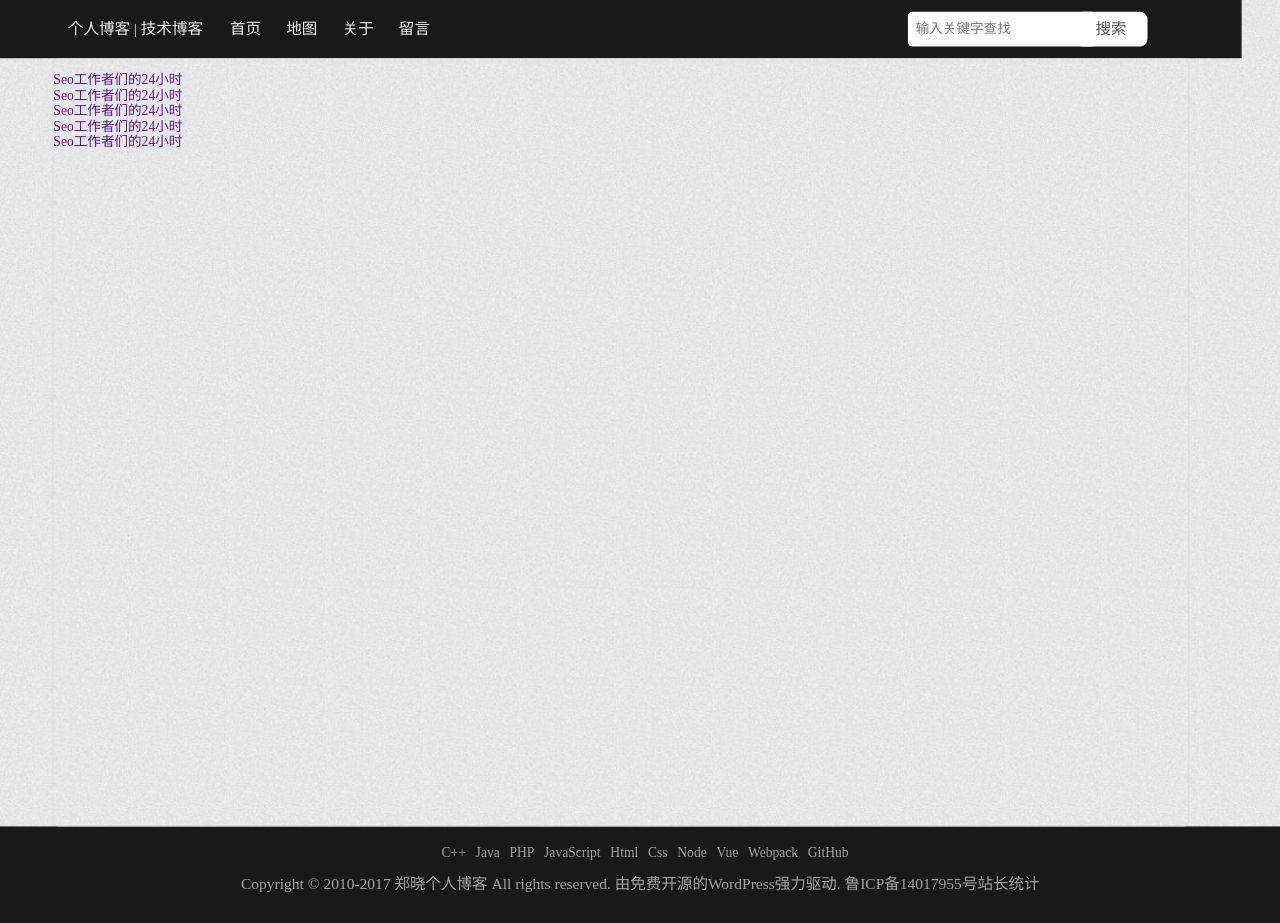
Repository: li1214/my_blog
Page: page/map.html
The author's editor kept a copy of each file at every save. The page is drawn from the files as they stood at one save, then again after the next save.
The browser window is 1280 px wide. The page is 1320 px wide, so the pictures cover 1320 px, including what lies to the right of the window. The pictures show the whole page, at 97% of full size.

Above is the page before, as saved 2019-01-04 13:59:25.

### page/map.html
<!DOCTYPE html>
<html lang="en">
<head>
    <meta charset="UTF-8">
    <meta name="viewport" content="width=device-width, initial-scale=1.0">
    <meta http-equiv="X-UA-Compatible" content="ie=edge">
    <title>Document</title>
    <link href="./css/base.css" rel="stylesheet" type="text/css" />
    <link href="./css/map.css" rel="stylesheet" type="text/css" />
</head>
<body>
    <header>
        <div class="container">
            <a>个人博客 | 技术博客</a>
            <ul>
                <li><a href="">首页</a></li>
                <li><a href="">地图</a></li>
                <li><a href="">关于</a></li>
                <li><a href="">留言</a></li>
            </ul>
            <div class="search">
                <input type="text" placeholder="输入关键字查找" />
                <button>搜索</button>
            </div>
        </div>
    </header>
    <div class='content'>
        <ul>
            <li><a href="">Seo工作者们的24小时</a></li>
            <li><a href="">Seo工作者们的24小时</a></li>
            <li><a href="">Seo工作者们的24小时</a></li>
            <li><a href="">Seo工作者们的24小时</a></li>
            <li><a href="">Seo工作者们的24小时</a></li>
        </ul>
    </div>
    <footer>
        <ul>
            <li>C++</li>
            <li>Java</li>
            <li>PHP</li>
            <li>JavaScript</li>
            <li>Html</li>
            <li>Css</li>
            <li>Node</li>
            <li>Vue</li>
            <li>Webpack</li>
            <li>GitHub</li>
        </ul>
        <p>Copyright © 2010-2017 郑晓个人博客 All rights reserved. 由免费开源的WordPress强力驱动. 鲁ICP备14017955号站长统计</p>
    </footer>
</body>
</html>

### page/css/base.css
html {line-height: 1.15; /* 1 */-webkit-text-size-adjust: 100%; /* 2 */}
body {margin: 0;}
@font-face{
    font-family: 'myicon';
    src: url('../font/glyphicons-halflings-regular.woff2')
}
ul{padding: 0}
main {
  display: block;
}
h1 {
  font-size: 2em;
  margin: 0.67em 0;
}
hr {
  box-sizing: content-box; /* 1 */
  height: 0; /* 1 */
  overflow: visible; /* 2 */
}
pre {
  font-family: monospace, monospace; /* 1 */
  font-size: 1em; /* 2 */
}
a {
  background-color: transparent;
}
abbr[title] {
  border-bottom: none; /* 1 */
  text-decoration: underline; /* 2 */
  text-decoration: underline dotted; /* 2 */
}
b,
strong {
  font-weight: bolder;
}
code,
kbd,
samp {
  font-family: monospace, monospace; /* 1 */
  font-size: 1em; /* 2 */
}
small {
  font-size: 80%;
}
sub,
sup {
  font-size: 75%;
  line-height: 0;
  position: relative;
  vertical-align: baseline;
}
sub {
  bottom: -0.25em;
}
sup {
  top: -0.5em;
}
img {
  border-style: none;
}
button,
input,
optgroup,
select,
textarea {
  font-family: inherit; /* 1 */
  font-size: 100%; /* 1 */
  line-height: 1.15; /* 1 */
  margin: 0; /* 2 */
}
button,
input { /* 1 */
  overflow: visible;
}
button,
select { /* 1 */
  text-transform: none;
}
button,
[type="button"],
[type="reset"],
[type="submit"] {
  -webkit-appearance: button;
}
button::-moz-focus-inner,
[type="button"]::-moz-focus-inner,
[type="reset"]::-moz-focus-inner,
[type="submit"]::-moz-focus-inner {
  border-style: none;
  padding: 0;
}
button:-moz-focusring,
[type="button"]:-moz-focusring,
[type="reset"]:-moz-focusring,
[type="submit"]:-moz-focusring {
  outline: 1px dotted ButtonText;
}
fieldset {
  padding: 0.35em 0.75em 0.625em;
}
legend {
  box-sizing: border-box; /* 1 */
  color: inherit; /* 2 */
  display: table; /* 1 */
  max-width: 100%; /* 1 */
  padding: 0; /* 3 */
  white-space: normal; /* 1 */
}
progress {
  vertical-align: baseline;
}
textarea {
  overflow: auto;
}

[type="checkbox"],
[type="radio"] {
  box-sizing: border-box; /* 1 */
  padding: 0; /* 2 */
}
[type="number"]::-webkit-inner-spin-button,
[type="number"]::-webkit-outer-spin-button {
  height: auto;
}

[type="search"] {
  -webkit-appearance: textfield; /* 1 */
  outline-offset: -2px; /* 2 */
}

[type="search"]::-webkit-search-decoration {
  -webkit-appearance: none;
}
::-webkit-file-upload-button {
  -webkit-appearance: button; /* 1 */
  font: inherit; /* 2 */
}
details {
  display: block;
}
summary {
  display: list-item;
}
template {
  display: none;
}
[hidden] {
  display: none;
}
a{text-decoration: none;}
/* ========================================================== css reset ========================================================== */

body {
    width: 100%;
    height: 100%;
    background-image: url(../image/bg.jpg);
    background-repeat: repeat;
    overflow-x: hidden;
}

header{
    width: 100%;
    height: 60px;
    background-color: #191918;
}
header .container {
    width:1170px;
    height: 100%;
    margin: 0 auto;
}
header .container>a{
    display: block;
    float: left;
    color: #eee;
    line-height: 60px;
    margin: 0 15px;
    font-size: 16px;
}
header .container>ul{
    float: left;
    margin: 0;
    padding: 0;
}
header .container>ul>li{
    display: inline-block;
    float: left;
}
header .container>ul>li a{
    color: #eee;
    display: inline-block;
    height: 60px;
    width: 58px;
    line-height: 60px;
    text-align: center;
}
header .container .search{
    float: right;
    height: 100%;
    position: relative;
    right: 117px;
}
header .container .search>input{
    display: inline-block;
    position: absolute;
    height: 26px;
    padding: 5px 8px;
    border-radius: 5px;
    border:none;
    outline: none;
    font-size: 14px;
    margin-top: 12px;
    left: -172px;
}
header .container .search > button{
    outline: none;
    display: inline-block;
    position: absolute;
    width: 75px;
    height: 36px;
    padding: 5px 10px;
    border-radius: 8px;
    margin-top: 12px;
    cursor: pointer;
    color: #555;
    background-color: white;
    border: none;
}
/* ============================================================== header end ===================================================================== */
.content {
    width: 1170px;
    margin: 0 auto;
    position: relative;
    overflow: hidden;
}
.content .content-left{
    float: left;
    width: 66%;
    box-sizing: border-box;
    padding: 0 20px;
    background: #f60;
}
.content .content-right{
    float: right;
    width: 34%;
    box-sizing: border-box;
    background-color: aqua;
}
.right-box{
    background-color: #1f1f1f;
    margin-top: 20px;
    width: 80%;
    margin: 0 auto;
    box-sizing: border-box;
    border-radius: 6px;
    padding-bottom: 10px;
}
.right-box>h4 {
    color: #f4f4f4;
    font-weight: normal;
    padding: 5px 10px;
    font-size: 14px;
}
.right-box .contents{
    color: #eee;
    padding: 0 10px 0px 10px;
}
/* .right-box .contents a::after{
    display: block;
    content: '';
    overflow: hidden;
    clear: both;
    position: absolute;
} */
.right-box .contents>a{
    display: inline-block;
}
.right-box .contents li{
    width: 100%;
    list-style: none;
    white-space:nowrap;
    overflow: hidden;
   text-overflow: ellipsis;
    border-top:1px solid #555;
}
.right-box .contents li a{
    font-size: 14px;
    display: inline-block;
    color: #eee;
    padding: 10px 0;
}
.right-box .item .item-title{position: relative;}
.right-box .item .item-title span{display: inline-block;font-size: 14px;font-weight: normal;}
.right-box .item .item-title span.spanr{
    position: absolute;
    right: 10px;
}
.right-box .item > p{color: #777;font-size: 14px;}


/* =====================================================================  footer start ================================================================= */

footer{
    width: 100%;
    height: 60px;
    background: #191919;
    text-align: center;
    padding: 20px;
}
footer ul{
    display: inline-block;
    margin:  0 auto;
    text-align: center;
}
footer ul li{
    display: inline-block;
    color: #a2a2a2;
    float: left;
    font-size: 14px;
    margin-left: 10px;
    cursor: pointer;
    text-align: center;
}
footer p {
    margin-top: 10px;
    color: #a2a2a2;
}

### page/css/map.css
.content{
    min-height: 790px;
    border: 1px solid #ddd;
    border-radius: 6px;
    font-size: 14px;
    color: #191919;
}

After the next save:
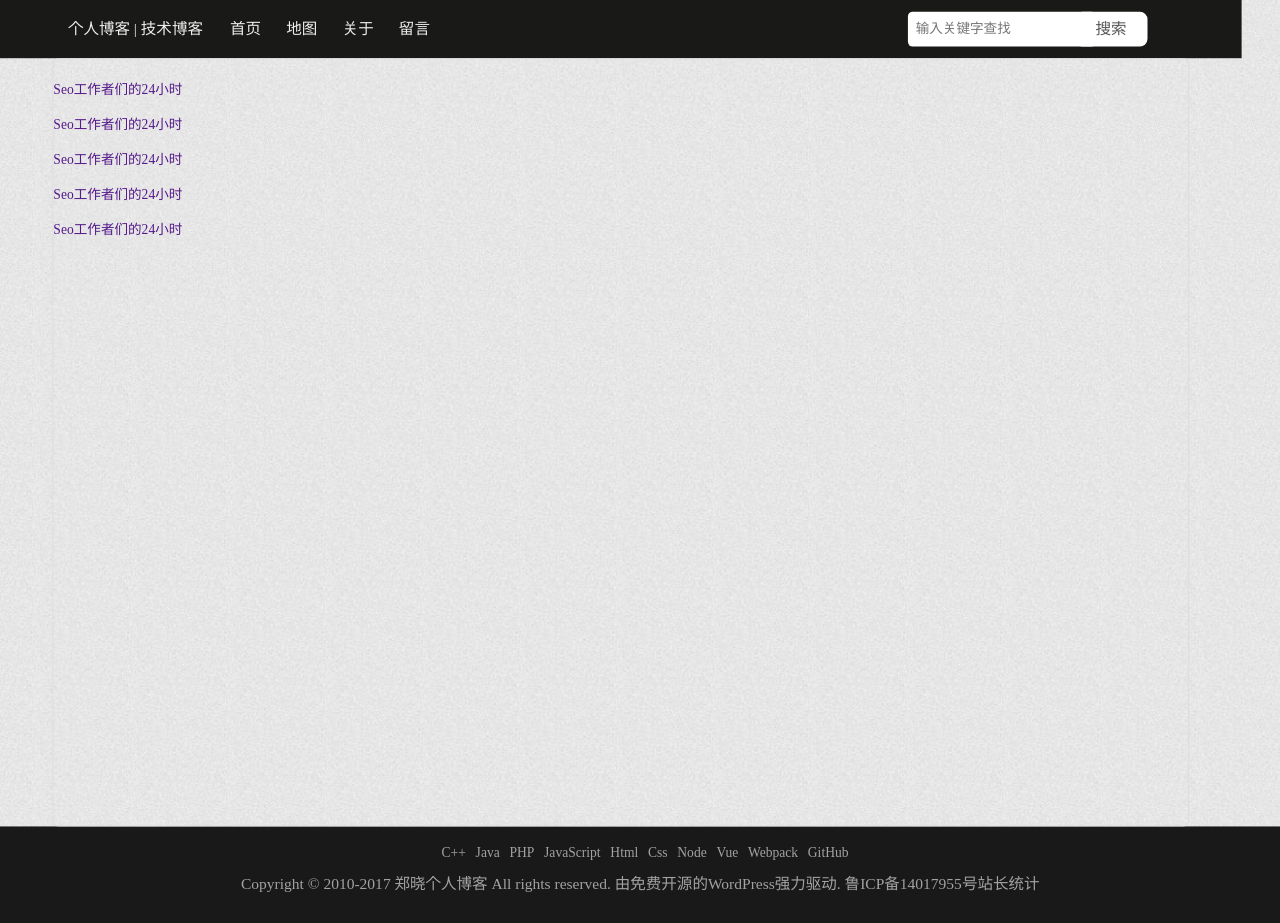
Saved 43 s later.
--- a/page/css/map.css
+++ b/page/css/map.css
@@ -5,3 +5,7 @@
     font-size: 14px;
     color: #191919;
 }
+.content ul li a{
+    display: inline-block;
+    padding: 10px 0;
+}
